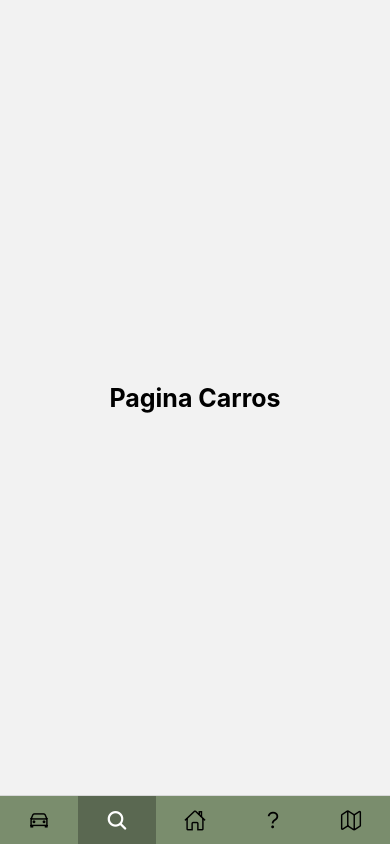
Repository: GabrielAron/EcoWheels
Screen: /Explorar
An editor plug-in stored every save of this project. The screen is shown before and after the next save, followed by the edit.
The app was drawn by React Native's web renderer in a window 390 px wide. The project was rebuilt for these pictures with package versions that can differ from the ones it lists, and the page was loaded fresh each time. Also part of the build but not shown: src/Paginas/Home/index.js, src/Paginas/Ajuda/index.js, src/Paginas/Mapa/index.js.

Above is the screen before, as saved 2023-11-07 12:48:32.

After the next save:
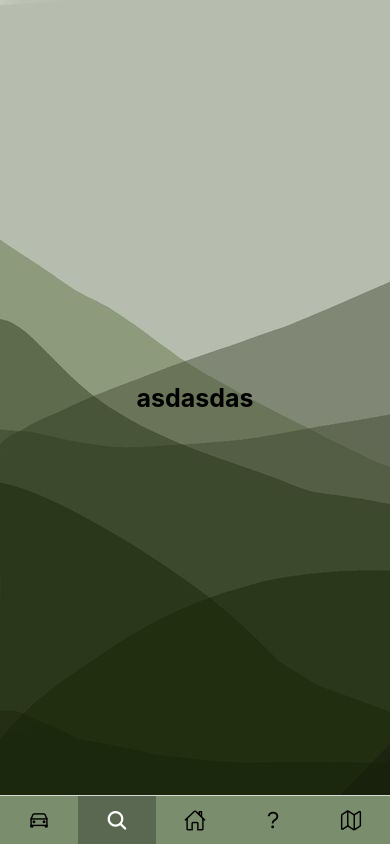
Saved 21 s later.
--- a/src/Paginas/Carros/index.js
+++ b/src/Paginas/Carros/index.js
@@ -1,23 +1,30 @@
-import { View, Text, Image, StyleSheet, } from 'react-native';
+import React from 'react';
+import { View, Text, ImageBackground, StyleSheet } from 'react-native';
+import Fundo from '/imagens/fundoverde.jpg';
 
-export default function Carros() {
-    return (
-        <View style={styles.container}>
-            <Text style={styles.text}>Pagina Carros</Text>
-        </View>
-    );
+export default function Ajuda() {
+  return (
+    <View style={styles.container}>
+      <ImageBackground source={Fundo} style={styles.image}>
+        <Text style={styles.text}>asdasdas</Text>
+      </ImageBackground>
+    </View>
+  );
 }
 
 const styles = StyleSheet.create({
-    container: {
-        flex: 1,
-        justifyContent: 'center',
-        alignItems: 'center',
-    },
-    text: {
-        fontSize: 25,
-        color: "#000",
-        fontWeight: 'bold',
-    }
-
+  container: {
+    flex: 1,
+  },
+  image: {
+    flex: 1,
+    resizeMode: 'cover',
+    justifyContent: 'center',
+  },
+  text: {
+    fontSize: 25,
+    color: '#000',
+    fontWeight: 'bold',
+    textAlign: 'center',
+  },
 });
